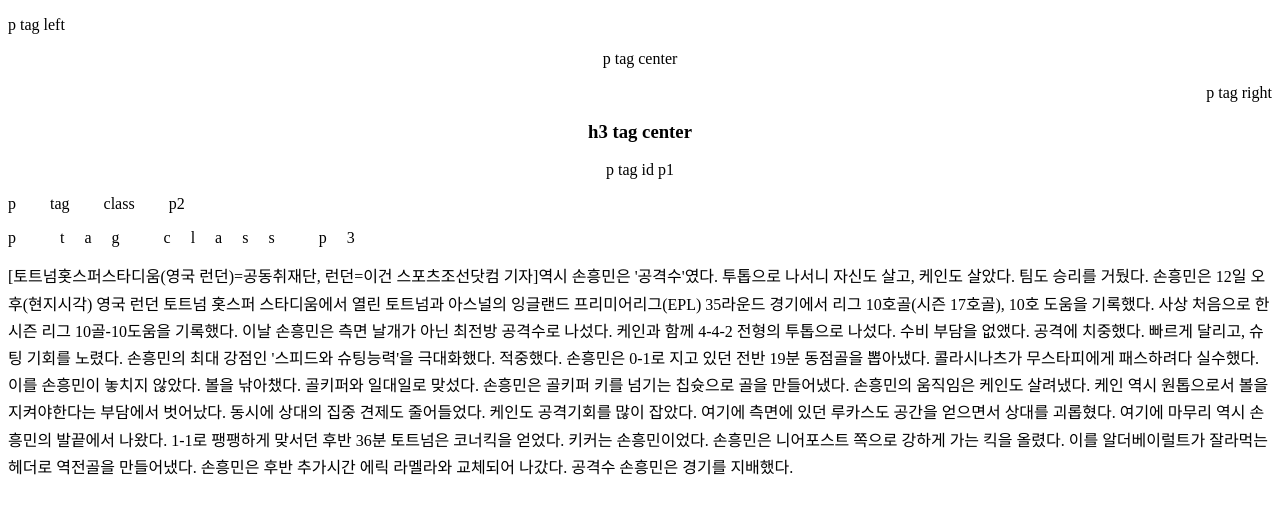
Repository: Seokho96/CSSPractice
Page: css/sample01/WebContent/index2.html
These files come from the project's save history. The page is drawn as it stood at one moment and after the next save; the edit follows.
The browser window is 1280 px wide. The pictures show the whole page.

Above is the page before, as saved 2020-07-13 01:43:15.

After the next save:
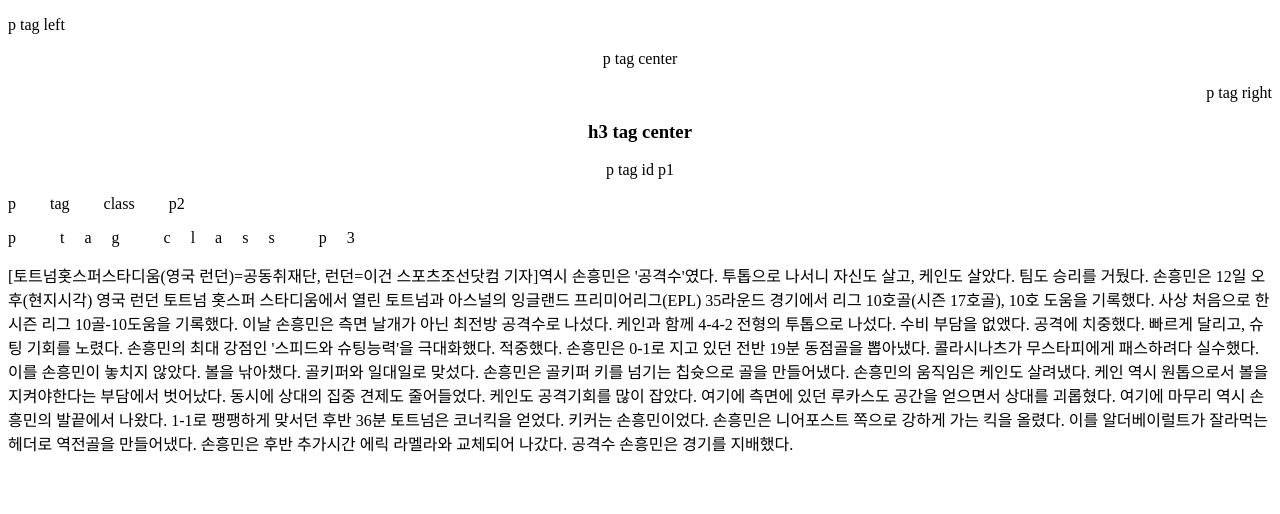
Saved 15 s later.
--- a/css/sample01/WebContent/index2.html
+++ b/css/sample01/WebContent/index2.html
@@ -15,9 +15,9 @@
 .p3{  /* 글자 하나하나 사이의 공간을 20px씩 줘라 */
     letter-spacing: 20px;
 }
-.p4{
+/* .p4{
   line-height: 1.7em;
-}
+} */
 </style>
 </head>
 <body>

After the save that followed:
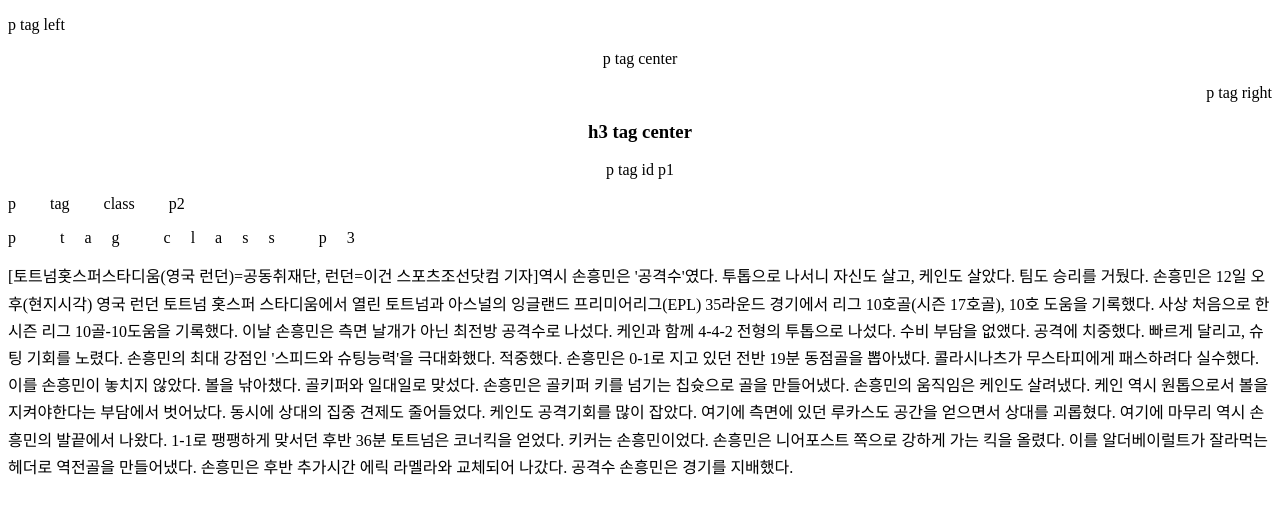
Saved 11 s later.
--- a/css/sample01/WebContent/index2.html
+++ b/css/sample01/WebContent/index2.html
@@ -15,9 +15,9 @@
 .p3{  /* 글자 하나하나 사이의 공간을 20px씩 줘라 */
     letter-spacing: 20px;
 }
-/* .p4{
+.p4{
   line-height: 1.7em;
-} */
+}
 </style>
 </head>
 <body>
